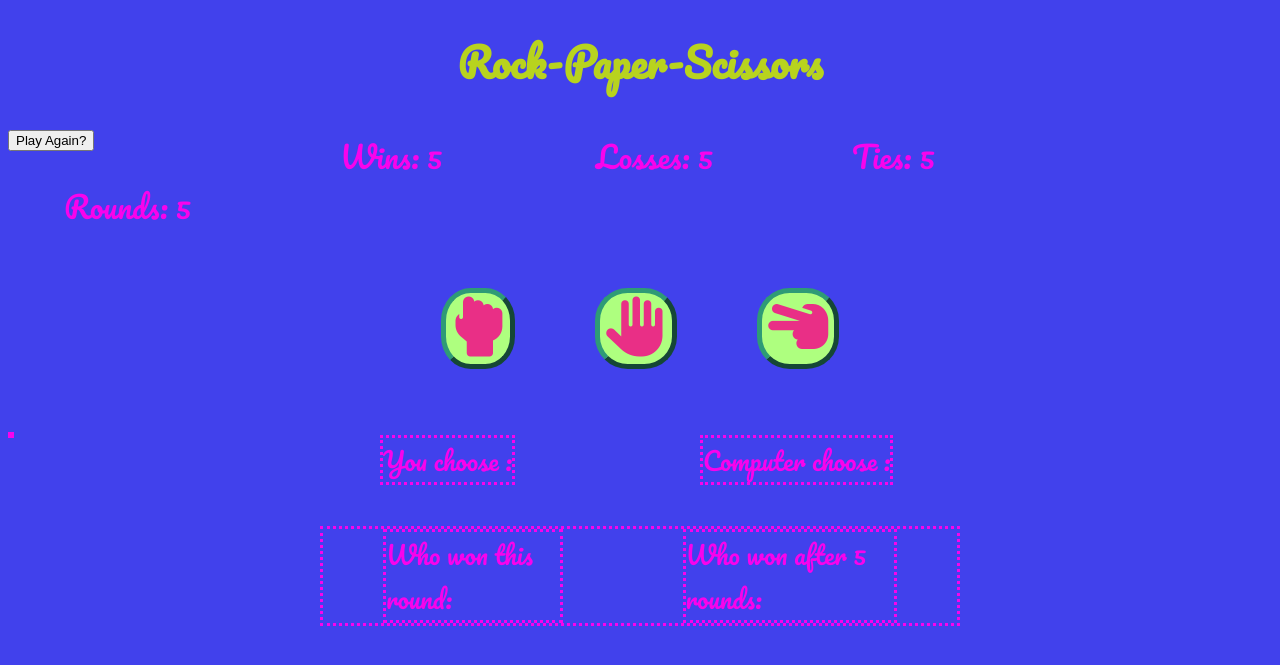
Repository: 0101chaitanya/Rock-Paper-Scissors
Page: index.html
An editor plug-in stored every save of this project. The page is shown before and after the next save, followed by the edit.
The browser window is 1280 px wide. The pictures show the whole page.
Some web libraries are served in a nearby version.

Above is the page before, as saved 2021-05-15 15:42:24.
Not found: linkk.js

### index.html
<!DOCTYPE html>
<html>

<head>
    <meta charset="utf-8">
    <title>Rock-Paper-Scissors</title>
    <link rel="stylesheet" href="style.css">
    <script src="https://kit.fontawesome.com/3dcaf9f6de.js" crossorigin="anonymous"></script>
    <link rel="preconnect" href="https://fonts.gstatic.com">
    <link href="https://fonts.googleapis.com/css2?family=Pacifico&display=swap" rel="stylesheet">
</head>

<body>
    <h1 id="welcome">Rock-Paper-Scissors</h1>
    <div id="div1">
        <span id="wins" class="score">Wins: 5</span>
        <span id="losses" class="score">Losses: 5</span>
        <span id="ties" class="score">Ties: 5</span>
    </div>
    <div id="div2">
        <span id="rounds">Rounds: 5</span>
    </div>
    <div id="div3">
        <button class="square" id="holder1" href="#"><i class="fas fa-hand-rock"></i></button>
        <button class="square" id="holder2" href="#"><i class="fas fa-hand-paper"></i></button>
        <button class="square" id="holder3" href="#"><i class="fas fa-hand-scissors"></i></button>
    </div>
    <div id="div4">
        <span id="you" class="player">You choose :</span>
        <span id="computer" class="player">Computer choose :</span>
    </div>
    <div id="div5">
        <span id="roundwin" class="round">Who won this round:</span>
        <span id="round5er" class="round">Who won after 5 rounds:</span>
    </div>
    <button id="repeat">Play Again?</button>
    <script type="text/javascript" src="linkk.js"></script>
</body>

</html>

### style.css
html{
    margin: 0;
    font-family: 'Pacifico', cursive;
    background-color:rgb(65, 65, 236);
display: block;
}

h1  {
       text-align: center;
     color:rgb(184, 211, 30) ;
    font-size: 40px;
}
#div1{
     display: flex;
     justify-content: space-evenly;
     font-size: 30px;
     color:rgb(248, 3, 236);
    position : fixed;
    top: 18%;
    }
.score {
        margin: auto 20px ;
    }
    #wins {
       position: fixed;
        left: 25%;

    }
    #losses {
       position: fixed;
        left: 45%;

    }
    #ties {
       position: fixed;
        left: 65%;

    }

#div2 {
     display: flex;
     justify-content: space-evenly;
     font-size: 30px;
     color:rgb(248, 3, 236);
    position : fixed;
    top: 25%;
    left: 5%;
}
 #div3 {
display: flex;
flex-direction: row;
justify-content:center;
position: fixed;
top: 40%;
align-content: center;
left: 50%;
right: 50%;
padding:0;
  }
.square{
    background-color: rgb(174, 255, 127);
    font-size: 60px;
    display: inline-block;
color: rgb(233, 47, 134);
border-radius: 40%;
border-width: 5px;
border-color:rgb(46, 155, 118);
margin:auto 40px;
}
#div4 {
     display: flex;
     flex-direction: row;
     justify-content: center;
     font-size: 25px;
     color:rgb(248, 3, 236);
    position : fixed;
    top: 60%;
    padding: auto;
    border-style:dotted;

}
.player {
    margin: auto 60px;
    display: flex;
    flex-direction: row;
    border-style:dotted;
    flex-wrap: nowrap;

}
#you {
   position: fixed;
        left: 25%;

}
#computer {
     position: fixed;
        left: 50%;

}
#div5 {
     display: flex;
     flex-direction: row;
     justify-content: center;
     font-size: 25px;
     color:rgb(248, 3, 236);
    position : fixed;
    top: 73%;
    left: 25%;
    right: 25%;
    padding: auto;
    border-style:dotted;

}
.round {
    margin: auto 60px;
    display: flex;
    flex-direction: row;
    border-style:dotted;
    flex-wrap: nowrap;
}

After the next save:
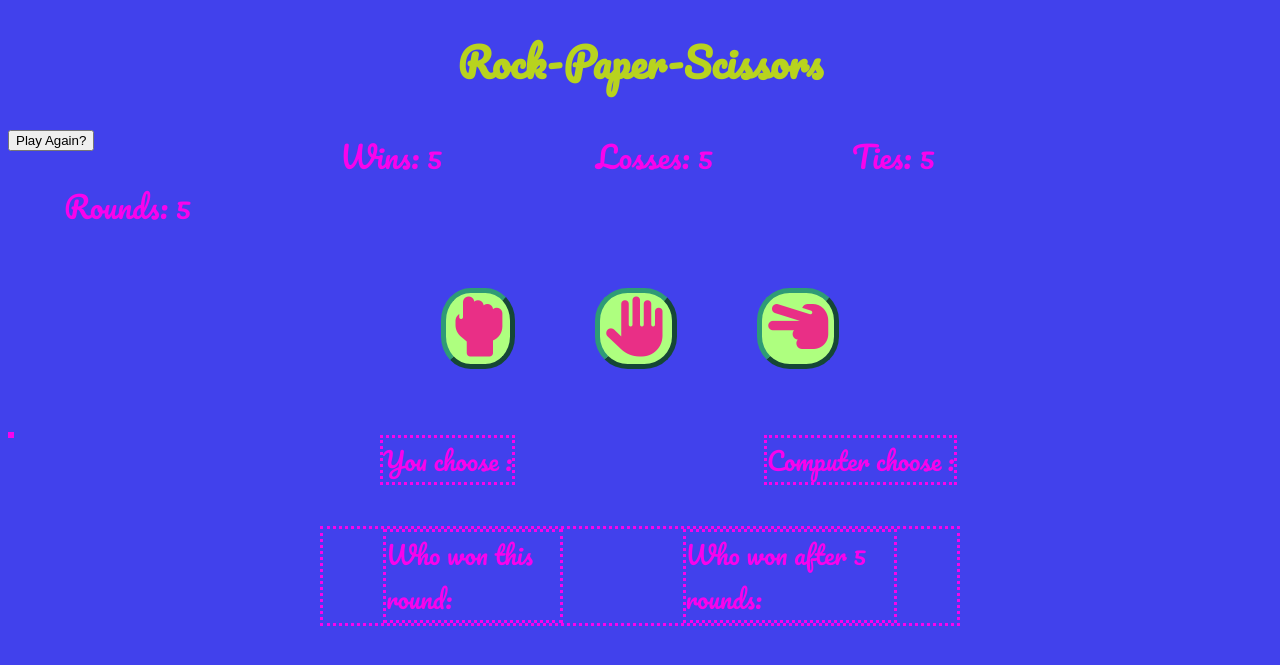
Saved 8 s later.
--- a/style.css
+++ b/style.css
@@ -94,7 +94,7 @@
 }
 #computer {
      position: fixed;
-        left: 50%;
+        left: 55%;
 
 }
 #div5 {

After the save that followed:
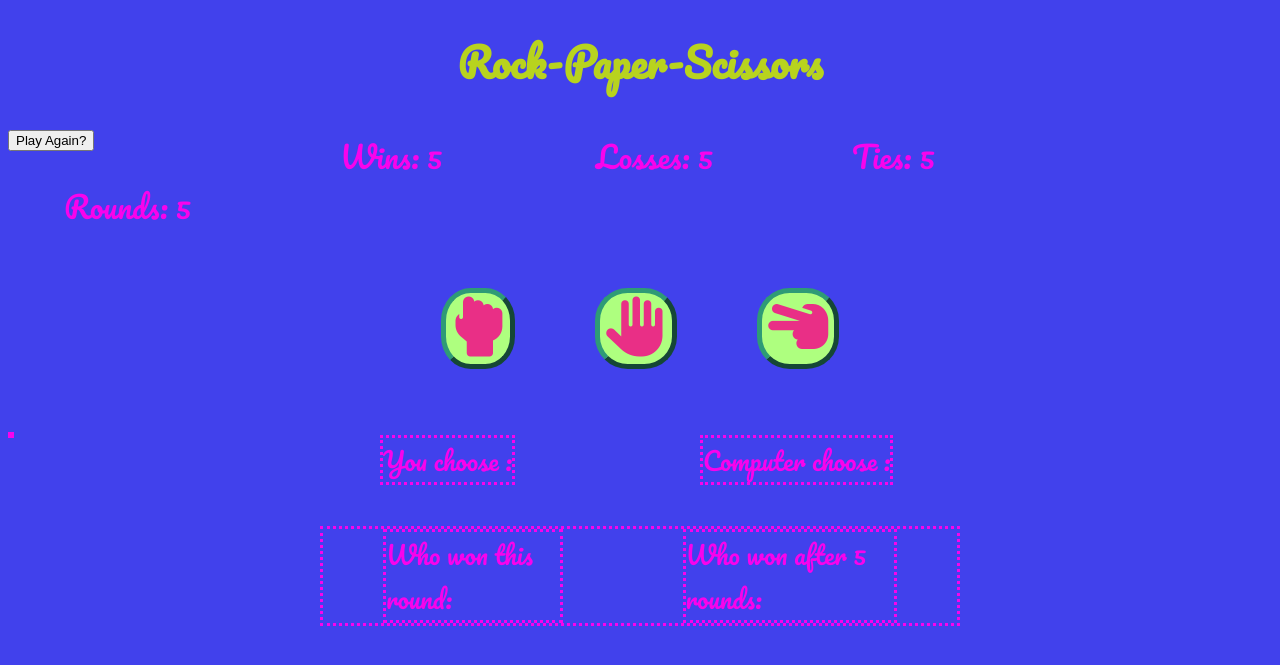
Saved 4 s later.
--- a/style.css
+++ b/style.css
@@ -94,7 +94,7 @@
 }
 #computer {
      position: fixed;
-        left: 55%;
+        left: 50%;
 
 }
 #div5 {
